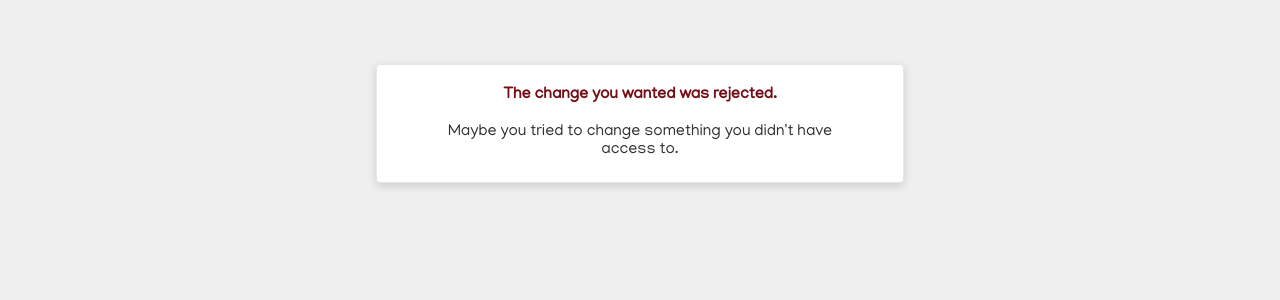
Repository: demesvardestin/demesvar.com
Page: public/422.html
The author's editor kept a record of every edit. The page is drawn from the files as they stood at one moment, then again after the next edit.
The browser window is 1280 px wide. The pictures show the whole page.

Above is the page before.

After the next edit:
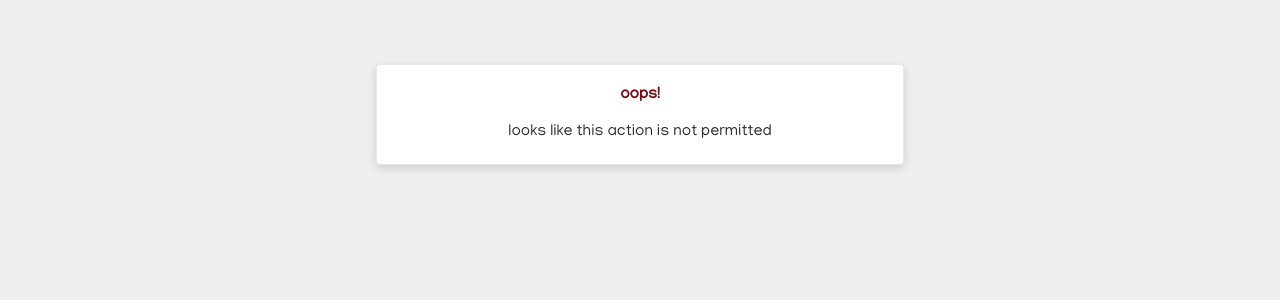
The edit:
--- a/public/422.html
+++ b/public/422.html
@@ -56,8 +56,8 @@
   <!-- This file lives in public/422.html -->
   <div class="dialog">
     <div>
-      <h1>The change you wanted was rejected.</h1>
-      <p>Maybe you tried to change something you didn't have access to.</p>
+      <h1>oops!</h1>
+      <p>looks like this action is not permitted</p>
     </div>
   </div>
 </body>
